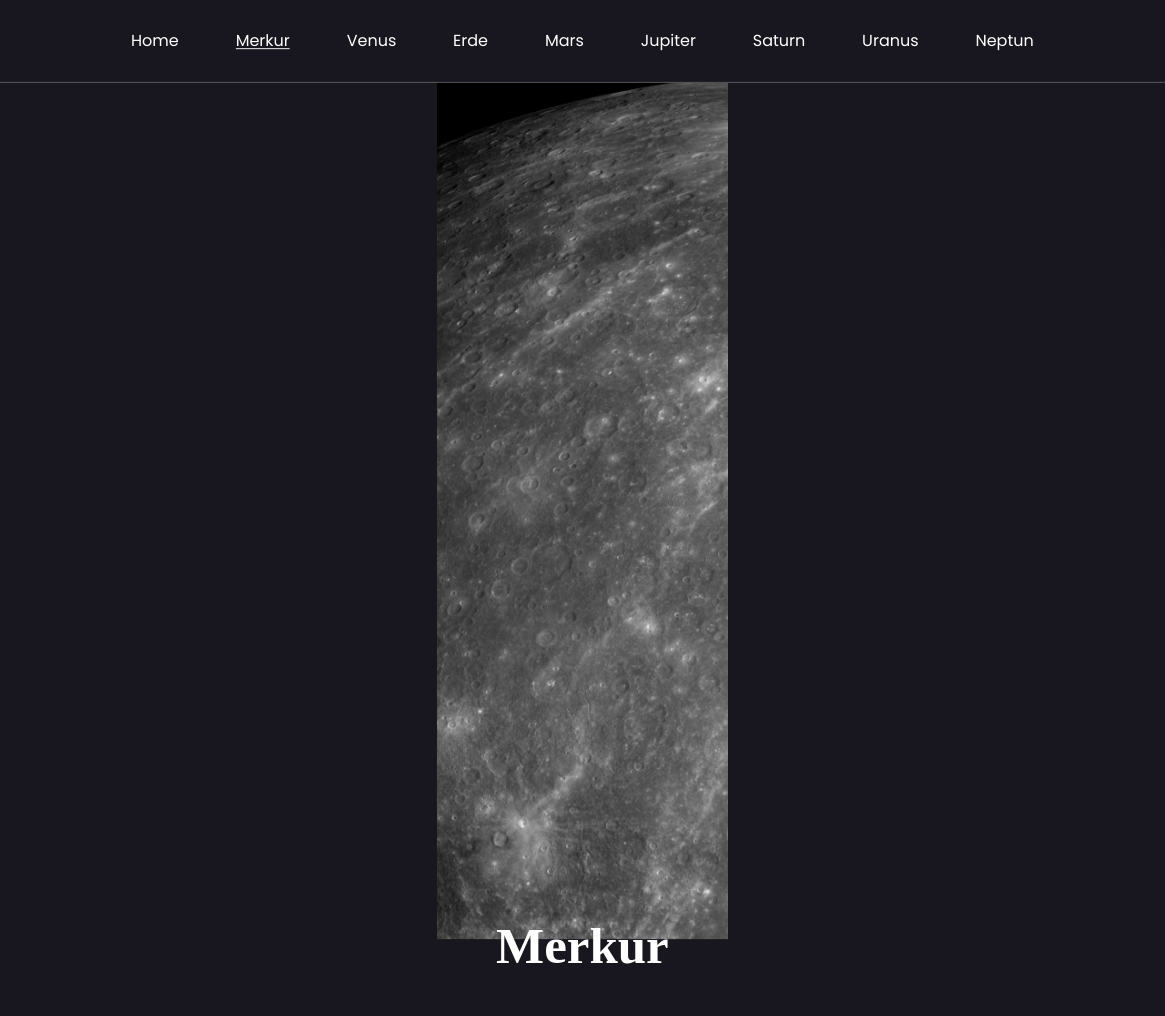
Repository: moreno-livak/solar
Page: dist/html/merkur.html
These files come from the project's save history. The page is drawn as it stood at one moment and after the next save; the edit follows.
The browser window is 1280 px wide. The pictures show the whole page, at 91% of full size.
The style sheet was rebuilt from its Sass, Less or Tailwind sources for each picture, by a compiler version that may differ from the author's.

Above is the page before, as saved 2022-05-07 12:46:33.
Console error: TypeError: Cannot read properties of null (reading 'getAttribute')

### dist/html/merkur.html
<!DOCTYPE html>
<html>
  <head>
    <!-- Poppins -->
    <link rel="preconnect" href="https://fonts.googleapis.com">
    <link rel="preconnect" href="https://fonts.gstatic.com" crossorigin>
    <link href="https://fonts.googleapis.com/css2?family=Poppins:ital,wght@0,300;0,400;0,500;0,600;0,700;1,300;1,400;1,500;1,600;1,700&display=swap" rel="stylesheet">
    <!-- Playfair Display -->
    <link rel="preconnect" href="https://fonts.googleapis.com">
    <link rel="preconnect" href="https://fonts.gstatic.com" crossorigin>
    <link href="https://fonts.googleapis.com/css2?family=Playfair+Display:wght@700&display=swap" rel="stylesheet">
    <!-- Erscheinungsbild -->
    <link rel="icon" href="../assets/merkur/Merkur_Icon.png">
    <title>Merkur</title>
    <link href="../css/home.css" rel="stylesheet">
  </head>

  <body>
    <nav>
      <ul class="second-nav">
          <li><a href="../index.html">Home</a></li>
          <div class="openMenu"><img class="burger" src="../assets/Menu-Icon.svg" alt="Menu"></div>
      </ul>
      <ul class="mainMenu">
          <li><a class="home" href="../index.html">Home</a></li>
          <li><a class="active margin" href="merkur.html">Merkur</a></li>
          <div class="menu-vl"></div>
          <li><a href="">Venus</a></li>
          <div class="menu-vl"></div>
          <li><a href="">Erde</a></li>
          <div class="menu-vl"></div>
          <li><a href="">Mars</a></li>
          <div class="menu-vl"></div>
          <li><a href="">Jupiter</a></li>
          <div class="menu-vl"></div>
          <li><a href="">Saturn</a></li>
          <div class="menu-vl"></div>
          <li><a href="">Uranus</a></li>
          <div class="menu-vl"></div>
          <li><a href="">Neptun</a></li>
          <div class="closeMenu"><img class="exit" src="../assets/Exit-Menu.svg" alt="Exit"></div>
      </ul>
  </nav>


  <section class="header">
    <div class="image-header"><img src="../assets/Merkur/Merkur-Header.png"></div>
    <h1>Merkur</h1>
  </section>




  <script src="../scripts/merkur.js"></script>
</body>
</html>

### src/scss/home.scss
/*Variablen*/

$left-margin: 9rem;
$base-font-size: 1.1rem;
$transition: .4s;
$main-title: 3.5rem;
$h1: 2.8rem;
$h2: 2.4rem;




/*Scrollbar*/

::-webkit-scrollbar{
    width: .7em;
} // Dicke

::-webkit-scrollbar-track{
    background-color: #242230;
} // Hintergrundfrabe

::-webkit-scrollbar-thumb{
    border-radius: 5px;
    background-color:#312f3f;
    &:hover{
        background-color: #383647;
    }
} // Thumb zum Scrollen




body {
    background: #18171F;
    margin: 0;
    font-family: 'Poppins';
    color: white;
    max-width: 100%;
    overflow-x: hidden;
}



/*Navigation*/

nav {
    border-bottom: 1px #5D5D5D solid;
    .second-nav{
        display: none;
    }

    .menu-vl{
        display: none;
    }

    .openMenu{
        display: none;
    }

    .closeMenu{
        display: none;
    }

    ul{
        margin: 2rem $left-margin 2rem $left-margin;
        display: flex;
        justify-content: space-between;
        li{
            list-style-type: none;
            margin-left: -2.5em;
            a{
                border: none;
                color: white;
                font-size: $base-font-size;
                font-weight: medium;
                text-decoration: none;
                display: inline-block;
                position: relative;
                clip-path: polygon(0 0, 100% 0, 100% 100%, 0% 100%);
                &:before, &:after {
                    position: absolute;
                    content: '';
                    border-bottom: 2px solid rgb(255, 255, 255);
                    border-radius: 0em;
                    bottom: .1em;
                    transition: transform .8s cubic-bezier(0.075, 0.82, 0.165, 1);
                }

               &:before {
                    width: 0.01em;
                    margin-left: -.1em;
                    transform-origin: left;
                }

                &:hover:before {
                    margin-left: 0em;
                    transform: scaleX(88);
                }
            }
            .active{
                text-decoration: underline;
                color: #ffffff;
                text-underline-offset: 0.14em;
            }
        }
    }
}





/*Header*/

header{
    justify-content: space-between;
    display: flex;
    .left{
        float:left;
        margin: 8rem 0 0 $left-margin;
        h1{
            font-family: 'Playfair+Display';
            font-size: $main-title;
            width: 10em;
        }
        p{
            font-size: $base-font-size;
            margin-right: 3rem;
        }
        .cta{
            display: flex;
            background: #242230;
            border-radius: 10px;
            margin-top: 2.5rem;
            width: 19.5rem;
            a{
                background: #FDB513;
                margin-right: 1em;
                padding: .5em 1em .5em 1em;
                border-radius: 8px;
                color: #18171F;
                font-weight: bold;
                font-size: $base-font-size;
                text-decoration: none;
                margin: .5em;
                transition: $transition;
            }
            a:hover{
                margin: 0;
                padding: 1em 1.5em 1em 1.5em;
                transition: $transition;
            }
            p{
                margin: auto 1rem auto 1rem;
                font-size: $base-font-size;
            }
        }
    }
    img{
        margin-top: 3em;
        float:right;
    }
}




/*Quikfacts*/

section.quik-facts{
    margin: 6rem 18rem 6rem 18rem;
    display: flex;
    flex-wrap: wrap;
    justify-content: space-between;
    .quik-fact{
        display: flex;
        margin: 0 2rem 0 2rem;
        p.number{
            font-family: 'Playfair';
            font-size: 3.5rem;
            font-weight: bold;
            color: #ffffff;
            margin: 1rem 1.5rem 0 1.5rem;
        }
        p{
            font-family: 'Poppins';
            color: #BDBDBD;
            font-size: $base-font-size;
        }
    }
}




/*Orbitale Ebene*/

section.orbit{
    margin: 9rem $left-margin 9rem $left-margin;
    h1{
        font-size: $h1;
        font-family: 'Playfair';
        font-weight: bold;
    }

    p{
        font-size: $base-font-size;
        text-align: justify;
        font-weight: 400;
        margin-bottom: 2rem;
    }

    div.content{
        background: #242230;
        border-radius: 10px;
        display: flex;
        padding: .7rem 3rem .7rem .7rem;
        .vl{
            border-left: 3.5px solid #383647;
            margin: auto 2rem auto 2rem;
            height: 6rem;
            border-radius: 10px;
        }
        p{
          font-size: $base-font-size;
          text-align: justify;
          font-weight: 400;
          margin: auto 0 auto 0;
        }
    }

    h2{
        font-size: $h2;
        font-family: 'Playfair';
        font-weight: bold;
        margin-top: 3.5rem;
    }

    .tooltip-dark{
        color: #4884F6;
        cursor: pointer;
        position: relative;
        .tip{
            visibility: hidden;
            width: 200px;
            background-color: #18171F;
            color: #fff;
            text-align: center;
            border-radius: 10px;
            padding: 10px 5px 10px 5px;
            position: absolute;
            display: inline-block;
            bottom: 120%;
            left: 50%;
            margin-left: -110px;
            opacity: 0;
            transition: opacity 0.3s;
            z-index: 1000;
        }
        .tip.active{
            visibility: visible;
            opacity: 1;
        }
    }
    .tooltip-light{
        color: #4884F6;
        cursor: pointer;
        position: relative;
        .tip{
            visibility: hidden;
            width: 245px;
            background-color: #242230;
            color: #fff;
            text-align: center;
            border-radius: 10px;
            padding: 10px 5px 10px 5px;
            position: absolute;
            display: inline-block;
            bottom: 120%;
            left: 50%;
            margin-left: -125px;
            opacity: 0;
            transition: opacity 0.3s;
            z-index: 1000;
        }
        .tip.active{
        visibility: visible;
        opacity: 1;
        }
    }




    /*Tabs*/

    .struggle{
        margin-top: 2rem;
        background: #242230;
        width: 23.9rem;
        border-radius: 10px;
        ul{
            display: flex;
            padding: 0.7rem;
        }
    }
    .tabs .trigger{
        list-style-type: none;
        padding: 10px;
        background: #242230;
        border-radius: 6px;
        display: inline-block;
        padding: 10px 20px;
        cursor: pointer;
    }
    .tabs .trigger.active{
        background: #18171F;
        color: white;
    }
    .tabs .content{
        background: #242230;
        display: none;
    }
    .tabs .content.active{
        display: flex;
        margin-top: 1.5rem;
    }


    .link{
        color: #4884F6;
        text-decoration: none;
    }


    //Trigger
    .dropdown .trigger{
        border: 1px solid #242230;
        border-radius: 10px;
        background: #242230;
        font-size: $base-font-size;
        position: relative;
        cursor: pointer;
        margin: 2rem 0 1em 0;
        padding: 1.5rem;
    }
    .dropdown .trigger.active{
        border: 1px solid #242230;
        border-radius: 10px 10px 0 0;
        background: #242230;
        margin: 2rem 0 0em 0;
    }

    // Symbol
    .dropdown .trigger::after{
        content: ">";
        font-family: 'Arial';
        font-size: large;
        background: #312f3f;
        border-radius: 50%;
        padding: .5rem 2rem .5rem 2rem;
        margin: -.4rem -1.5rem 0rem 0rem;
        right: 1.5rem;
        display: inline-block;
        position: absolute;
        transform: rotate(90deg) scale(0.5, 1);
        font-weight: bold;
        transition: transform 0.3s;
        font-size: 1.2rem;
        font-weight: 400;
    }
    .dropdown .trigger.active::after{
        transform: rotate(-90deg) scale(0.5, 1);
    }

    // Content
    .dropdown .content{
        display: none;
    }
    .dropdown .content.active{
        display: block;
        border: 2px solid #242230;
        background: #18171F;
        font-size: $base-font-size;
        border-radius: 0 0 10px 10px;
        padding: 1.5rem 1.5rem 1.5rem 1.5rem;
        margin-top: -1px;
    }
}



/*Planeten Erkunden*/

.more{
    margin: 3rem $left-margin 4rem $left-margin;
    h1{
        font-size: $h1;
        font-family: 'Playfair';
        font-weight: bold;
    }
    .planets{
        display: grid;
        grid-template-columns: repeat(8, 1fr);
        column-gap: 1.5rem;
        .planet{
            display: grid;
            grid-template-rows: repeat(2, 1fr);
            grid-template-rows: 3rem 4rem;
            place-items: center;
            background: #242230;
            border-radius: 10px;
            text-align: center;
            bottom: 0;
            padding: 1rem 2rem 1rem 2rem;
            text-decoration: none;
            color: #ffffff;
            p{
                margin: 1rem 0 0rem 0;
            }
            img{
                margin: 2rem 0 1rem 0;
                transition: $transition;
            }
        }
        .planet:hover{
            img{
                margin: 1.5rem 0 1.5rem 0;
                transform: rotate(180deg);
                transition: $transition;
            }
        }
    }
}




/*Footer*/
footer{
    margin: $left-margin 0 3rem 0;
    display: flex;
    justify-content: space-around;
    border-top: 1px #5D5D5D solid;
    div{
        margin: 3rem 4rem 0 4rem;
        a{
            margin: 0 2rem 0 2rem;
            text-decoration: none;
            color: #BDBDBD;
            font-size: $base-font-size;
            display: inline-block;
            border: none;
            position: relative;
            clip-path: polygon(0 0, 100% 0, 100% 100%, 0% 100%);
            &:before, &:after {
                position: absolute;
                content: '';
                border-bottom: 2px solid #BDBDBD;
                border-radius: 0em;
                bottom: .1em;
                transition: transform .8s cubic-bezier(0.075, 0.82, 0.165, 1);
            }

           &:before {
                width: 0.01em;
                margin-left: -.1em;
                transform-origin: left;
            }

            &:hover:before {
                margin-left: 0em;
                transform: scaleX(124);
            }
        }
    }
}


/*Other Pages*/
div.sketchfab-embed-wrapper{
    display: grid;
    place-content: center;
    iframe{
        border-radius: 10px;
        width: 77rem;
        margin: 1rem auto 1rem auto;
    }
  }

  .mercury-gif{
    transform: rotate(90deg);
    border-radius: 8px;
    margin-left: 8rem;
  }

  .video{
    border-radius: 8px;
    margin-left: 8rem;
    height: 15rem;
  }

  .header{
    display: grid;
    place-items: center;
    .image-header{
        height: 100%;
        width: 20rem;
        overflow: hidden;
    }
    h1{
        font-size: $main-title;
        font-family: 'Playfair-Display';
        margin-top: -2rem;
    }
  }

/*Media Queries*/
@import 'home-mq';

Loaded but not shown: src/merkur.js (110 lines, source omitted); src/scss/_home-mq.scss (869 lines, source omitted)

After the next save:
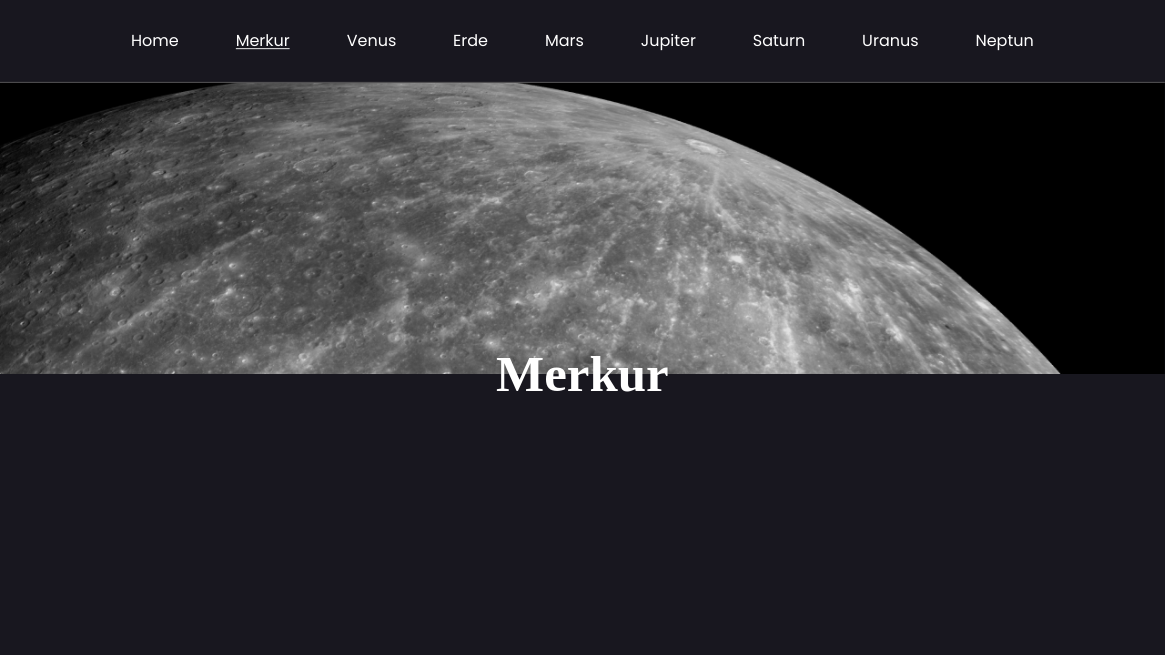
Saved 15 s later.
--- a/src/scss/home.scss
+++ b/src/scss/home.scss
@@ -505,8 +505,8 @@ div.sketchfab-embed-wrapper{
     display: grid;
     place-items: center;
     .image-header{
-        height: 100%;
-        width: 20rem;
+        height: 20rem;
+        width: 100%;
         overflow: hidden;
     }
     h1{
